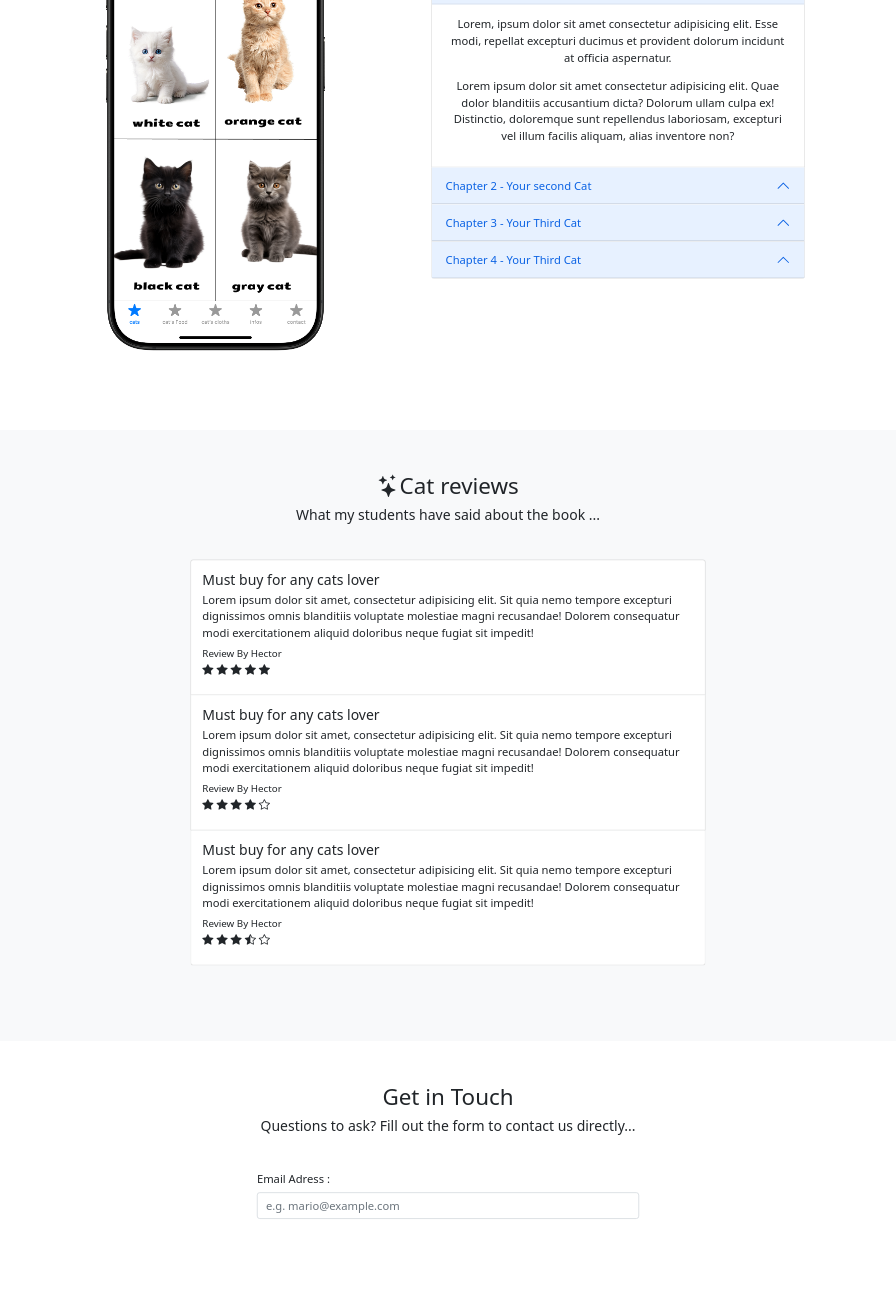
Repository: rihebtlh/catty-storefront
Page: index.html
These files come from the project's save history. The page is drawn as it stood at one moment and after a run of saves; the edit follows.
The browser window is 1280 px wide. The pictures show the part of the page from y = 1845 to 3765 px (the page is 3695 px tall before and 3765 px after), at 70% of full size.

Above is the page before, as saved 2025-06-18 16:53:04.

### index.html
<!DOCTYPE html>
<html lang="en">
<head>
  <meta charset="UTF-8" />
  <meta name="viewport" content="width=device-width, initial-scale=1.0" />
  <link
    href="https://cdn.jsdelivr.net/npm/bootstrap@5.0.2/dist/css/bootstrap.min.css"
    rel="stylesheet"
    integrity="sha384-EVSTQN3/azprG1Anm3QDgpJLIm9Nao0Yz1ztcQTwFspd3yD65VohhpuuCOmLASjC"
    crossorigin="anonymous"
  />
  <link rel="stylesheet" href="https://cdn.jsdelivr.net/npm/bootstrap-icons@1.13.1/font/bootstrap-icons.min.css">
  <title>Catty</title>
  <style>
    section {
      padding: 60px 0;
    }
  </style>
</head>
<body>
  <!-- Navbar -->
    <nav class="navbar navbar-expand-md navbar-light bg-light">
        <div class="container-xxl">
            <a href="#intro" class="navbar-brand">
                <span class="fw-bold text-secondary">Catty - find your cat</span>
            </a>
      <!-- Toggle button -->
            <button
                class="navbar-toggler"
                type="button"
                data-bs-toggle="collapse"
                data-bs-target="#main-nav"
                aria-controls="main-nav"
                aria-expanded="false"
                aria-label="Toggle navigation">
                <span class="navbar-toggler-icon"></span>
            </button>
      <!-- Navbar links -->
            <div class="collapse navbar-collapse justify-content-end align-center" id="main-nav">
                <ul class="navbar-nav">
                <li class="nav-item">
                    <a class="nav-link" href="#topics">About</a>
                </li>
                <li class="nav-item">
                    <a class="nav-link" href="#reviews">Reviews</a>
                </li>
                <li class="nav-item">
                    <a class="nav-link" href="#contact">Get in Touch</a>
                </li>
                <li class="nav-item d-md-none">
                    <a class="nav-link" href="#pricing">Pricing</a>
                </li>
                <li class="nav-item ms-2 d-none d-md-inline">
                    <a class="btn btn-secondary" href="#pricing">Get it Now</a>
                </li>
                </ul>
            </div>
        </div>
    </nav>

  <!-- Main image & intro text -->
  <section id="intro">
    <div class="container-lg">
      <div class="row justify-content-center align-items-center">
        <div class="col-md-5 text-center text-md-start">
          <h1>
            <div class="display-2">Catty</div>
            <div class="display-5 text-muted">Where every kitty feels at home</div>
          </h1>
          <p class="lead my-4 text-muted">
            Lorem ipsum dolor sit amet consectetur adipisicing elit.
          </p>
          <a href="#pricing" class="btn btn-secondary btn-lg">Get your cat Now!</a>
        </div>
        <div class="col-md-5 text-center d-none d-md-block">
          <img class="img-fluid" src="/assets/catLogo.webp" alt="cat" />
        </div>
      </div>
    </div>
  </section>

    <!-- pricing plans -->
    <!-- pricing plans -->
  <section id="pricing" class="bg-light mt-5">
    <div class="container-lg">
      <div class="text-center">
        <h2>Pricing Plans</h2>
        <p class="lead text-muted">Choose a pricing plan to suit you.</p>
      </div>

      <div class="row my-5 g-0 align-items-center justify-content-center"> <!--g-0 is for the gap so this one there's no gap-->
        <div class="col-8 col-lg-4 col-xl-3">
          <div class="card border-0">
            <div class="card-body text-center py-4">
              <h4 class="card-title">Starter Edition</h4>
              <p class="lead card-subtitle">eBook download only</p>
              <p class="display-5 my-4 text-primary fw-bold">$12.99</p>
              <p class="card-text mx-5 text-muted d-none d-lg-block">Lorem ipsum dolor sit amet consectetur adipisicing elit. Mollitia, vitae magni! Repellat commodi a fuga corporis saepe dolorum.</p>
              <a href="#" class="btn btn-outline-primary btn-lg mt-3">
                Buy Now
              </a>
            </div>
          </div>
        </div>

        <div class="col-9 col-lg-4">
          <div class="card border-primary border-2">
            <div class="card-header text-center text-primary">Most Popular</div>
            <div class="card-body text-center py-5">
              <h4 class="card-title">Complete Edition</h4>
              <p class="lead card-subtitle">eBook download & all updates</p>
              <p class="display-4 my-4 text-primary fw-bold">$18.99</p>
              <p class="card-text mx-5 text-muted d-none d-lg-block">Lorem ipsum dolor sit amet consectetur adipisicing elit. Mollitia, vitae magni! Repellat commodi a fuga corporis saepe dolorum.</p>
              <a href="#" class="btn btn-outline-primary btn-lg mt-3">
                Buy Now
              </a>
            </div>
          </div>
        </div>

        <div class="col-8 col-lg-4 col-xl-3">
          <div class="card border-0">
            <div class="card-body text-center py-4">
              <h4 class="card-title">Ultimate Edition</h4>
              <p class="lead card-subtitle">download, updates & extras</p>
              <p class="display-5 my-4 text-primary fw-bold">$24.99</p>
              <p class="card-text mx-5 text-muted d-none d-lg-block">Lorem ipsum dolor sit amet consectetur adipisicing elit. Mollitia, vitae magni! Repellat commodi a fuga corporis saepe dolorum.</p>
              <a href="#" class="btn btn-outline-primary btn-lg mt-3">
                Buy Now
              </a>
            </div>
          </div>
        </div>
      </div>
    </div><!-- end container -->
  </section>

    <!-- topics at a glance -->
     <section class="topics">
      <div class="container-md"> <!--100% width until meduim screens qt thispoint it will get everything at the middle-->
        <div class="text-center">
          <h2>Inside the book...</h2>
          <p class="lead text-muted">
            A quick glance at the topics you'll learn
          </p>
          <div class="row my-5 g-5 justify-content-around align-items-center">
            <div class="col-6 col-lg-4">
              <img src="/assets/phone.png" class="img-fluid" alt="ebook">
            </div>
            <div class="col-lg-6">
            <!-- accordion 1-->
            <div class="accordion" id="chapters">
              <div class="accordion-item">
                <h2 class="accordion-header" id="heading-1">
                  <button class="accordion-button" type="button" data-bs-toggle="collapse" data-bs-target="#chapter-1" aria-expanded="true" aria-controls="chapter-1">
                    Chapter 1 - Your First Cat
                  </button>
                </h2>
                <div id="chapter-1" class="accordion-collapse collapse show" aria-labelledby="heading-1" data-bs-parent="#chapters">
                  <div class="accordion-body">
                    <p>Lorem, ipsum dolor sit amet consectetur adipisicing elit. Esse modi, repellat excepturi ducimus et provident dolorum incidunt at officia aspernatur.</p>
                    <p>Lorem ipsum dolor sit amet consectetur adipisicing elit. Quae dolor blanditiis accusantium dicta? Dolorum ullam culpa ex! Distinctio, doloremque sunt repellendus laboriosam, excepturi vel illum facilis aliquam, alias inventore non?</p>

                  </div>
                </div>
              </div>
              <!-- accordion 2-->
              <div class="accordion-item">
                <h2 class="accordion-header" id="heading-2">
                  <button class="accordion-button" type="button" data-bs-toggle="collapse" data-bs-target="#chapter-2" aria-expanded="true" aria-controls="chapter-2">
                    Chapter 2 - Your second Cat
                  </button>
                </h2>
                <div id="chapter-2" class="accordion-collapse collapse" aria-labelledby="heading-2" data-bs-parent="#chapters">
                  <div class="accordion-body">
                    <p>Lorem, ipsum dolor sit amet consectetur adipisicing elit. Esse modi, repellat excepturi ducimus et provident dolorum incidunt at officia aspernatur.</p>
                    <p>Lorem ipsum dolor sit amet consectetur adipisicing elit. Quae dolor blanditiis accusantium dicta? Dolorum ullam culpa ex! Distinctio, doloremque sunt repellendus laboriosam, excepturi vel illum facilis aliquam, alias inventore non?</p>
                  </div>
                </div>
              </div>

              <!-- accordion 3-->
              <div class="accordion-item">
                <h2 class="accordion-header" id="heading-3">
                  <button class="accordion-button" type="button" data-bs-toggle="collapse" data-bs-target="#chapter-3" aria-expanded="true" aria-controls="chapter-3">
                    Chapter 3 - Your Third Cat
                  </button>
                </h2>
                <div id="chapter-3" class="accordion-collapse collapse" aria-labelledby="heading-3" data-bs-parent="#chapters">
                  <div class="accordion-body">
                    <p>Lorem, ipsum dolor sit amet consectetur adipisicing elit. Esse modi, repellat excepturi ducimus et provident dolorum incidunt at officia aspernatur.</p>
                    <p>Lorem ipsum dolor sit amet consectetur adipisicing elit. Quae dolor blanditiis accusantium dicta? Dolorum ullam culpa ex! Distinctio, doloremque sunt repellendus laboriosam, excepturi vel illum facilis aliquam, alias inventore non?</p>
                  </div>
                </div>
              </div>

              <!-- accordion 4-->
              <div class="accordion-item">
                <h2 class="accordion-header" id="heading-4">
                  <button class="accordion-button" type="button" data-bs-toggle="collapse" data-bs-target="#chapter-4" aria-expanded="true" aria-controls="chapter-4">
                    Chapter 4 - Your Third Cat
                  </button>
                </h2>
                <div id="chapter-4" class="accordion-collapse collapse" aria-labelledby="heading-4" data-bs-parent="#chapters">
                  <div class="accordion-body">
                    <p>Lorem, ipsum dolor sit amet consectetur adipisicing elit. Esse modi, repellat excepturi ducimus et provident dolorum incidunt at officia aspernatur.</p>
                    <p>Lorem ipsum dolor sit amet consectetur adipisicing elit. Quae dolor blanditiis accusantium dicta? Dolorum ullam culpa ex! Distinctio, doloremque sunt repellendus laboriosam, excepturi vel illum facilis aliquam, alias inventore non?</p>
                  </div>
                </div>
              </div>
              </div>

            </div>

          </div><!--around: spred around any free space (all the gaps are equal)-->
        </div>
      </div>
     </section>



    <!-- reviews list -->
    <section class="bg-light" id="reviews">
      <div class="container-lg">
        <div class="text-center">
          <h2><i class="bi bi-stars"></i>Cat reviews</h2>
          <p class="lead">What my students have said about the book ...</p>
        </div>
        <div class="row justify-content-center my-5">
          <div class="col-lg-8">
            <div class="list-group">
              <div class="list-group-item py-3">
                <h5 class="mb-1">Must buy for any cats lover</h5>
                <p class="mb-1">Lorem ipsum dolor sit amet, consectetur adipisicing elit. Sit quia nemo tempore excepturi dignissimos omnis blanditiis voluptate molestiae magni recusandae! Dolorem consequatur modi exercitationem aliquid doloribus neque fugiat sit impedit!</p>
                <small>Review By Hector</small>
                <div class="pb-2">
                  <i class="bi bi-star-fill"></i>
                  <i class="bi bi-star-fill"></i>
                  <i class="bi bi-star-fill"></i>
                  <i class="bi bi-star-fill"></i>
                  <i class="bi bi-star-fill"></i>
                </div>
              </div>
              <div class="list-group-item py-3">
                <h5 class="mb-1">Must buy for any cats lover</h5>
                <p class="mb-1">Lorem ipsum dolor sit amet, consectetur adipisicing elit. Sit quia nemo tempore excepturi dignissimos omnis blanditiis voluptate molestiae magni recusandae! Dolorem consequatur modi exercitationem aliquid doloribus neque fugiat sit impedit!</p>
                <small>Review By Hector</small>
                <div class="pb-2">
                  <i class="bi bi-star-fill"></i>
                  <i class="bi bi-star-fill"></i>
                  <i class="bi bi-star-fill"></i>
                  <i class="bi bi-star-fill"></i>
                  <i class="bi bi-star"></i>
                </div>
              </div>
              <div class="list-group-item py-3">
                <h5 class="mb-1">Must buy for any cats lover</h5>
                <p class="mb-1">Lorem ipsum dolor sit amet, consectetur adipisicing elit. Sit quia nemo tempore excepturi dignissimos omnis blanditiis voluptate molestiae magni recusandae! Dolorem consequatur modi exercitationem aliquid doloribus neque fugiat sit impedit!</p>
                <small>Review By Hector</small>
                <div class="pb-2">
                  <i class="bi bi-star-fill"></i>
                  <i class="bi bi-star-fill"></i>
                  <i class="bi bi-star-fill"></i>
                  <i class="bi bi-star-half"></i>
                  <i class="bi bi-star"></i>
                </div>
              </div>
            </div>
          </div>
        </div>
      </div>
    </section>
    <!-- contact form -->
    <!-- form-control, form-label, form-select, input-group-text -->
    <section id="contact">
      <div class="container-lg">
        <div class="text-center">
          <h2>Get in Touch</h2>
          <p class="lead">Questions to ask? Fill out the form to contact us directly...</p>
        </div>

        <div class="row justify-content-center my-5">
          <div class="col-lg-6">
            <form>
              <label for="email" class="form-label">Email Adress : </label>
              <input type="email" class="form-control" id="email" placeholder="e.g. mario@example.com">

            </form>
          </div>
        </div>
      </div>
    </section>
    <!-- get updates / modal trigger -->

  <!-- Bootstrap JS -->
  <script
    src="https://cdn.jsdelivr.net/npm/bootstrap@5.0.2/dist/js/bootstrap.bundle.min.js"
    integrity="sha384-MrcW6ZMFYlzcLA8Nl+NtUVF0sA7MsXsP1UyJoMp4YLEuNSfAP+JcXn/tWtIaxVXM"
    crossorigin="anonymous"
  ></script>
</body>
</html>

After the next 2 saves:
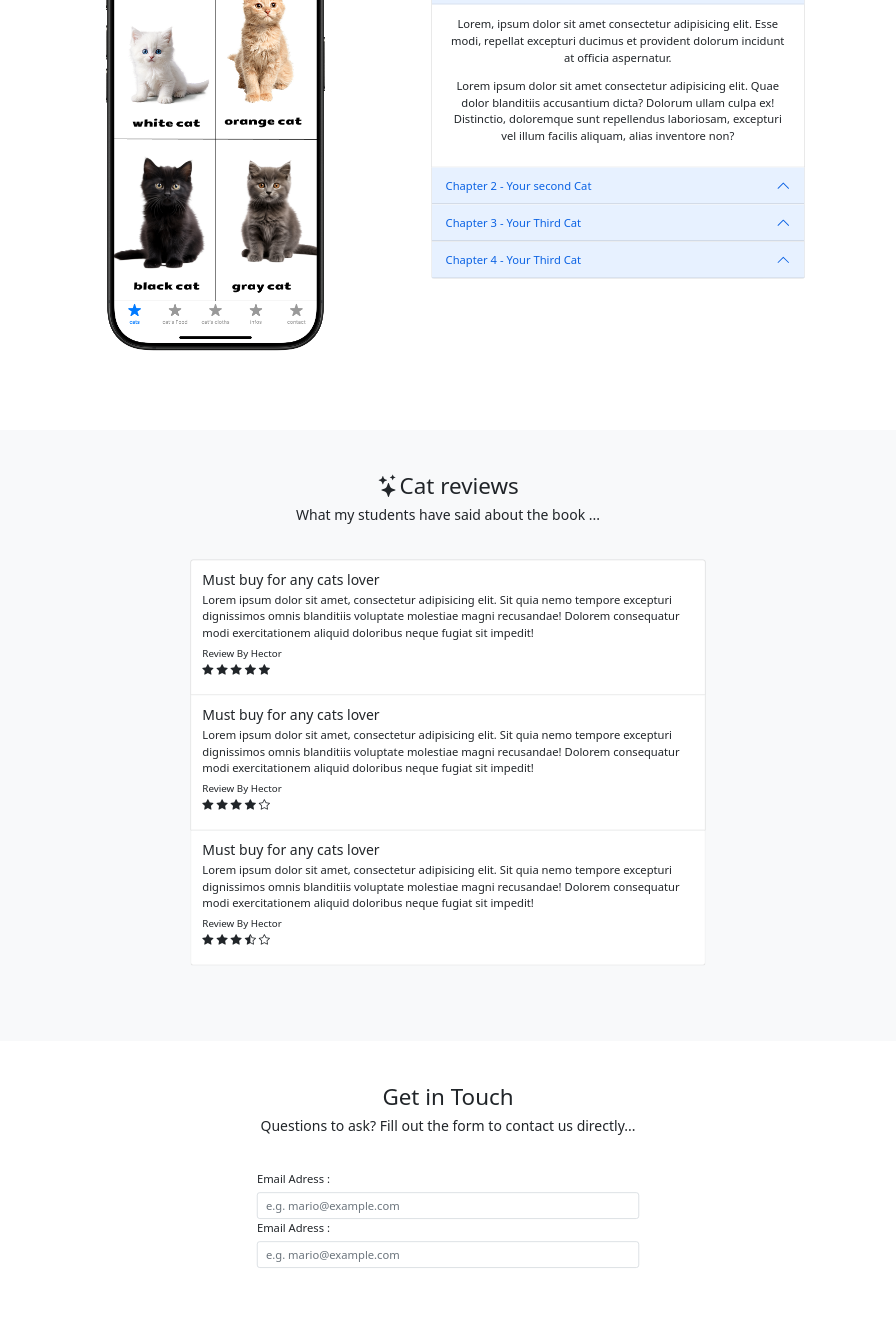
The 2 saves are shown as one change because they came seconds apart.
The last was saved 29 s later.
--- a/index.html
+++ b/index.html
@@ -285,6 +285,8 @@
               <label for="email" class="form-label">Email Adress : </label>
               <input type="email" class="form-control" id="email" placeholder="e.g. mario@example.com">
 
+              <label for="email" class="form-label">Email Adress : </label>
+              <input type="email" class="form-control" id="email" placeholder="e.g. mario@example.com">
             </form>
           </div>
         </div>
